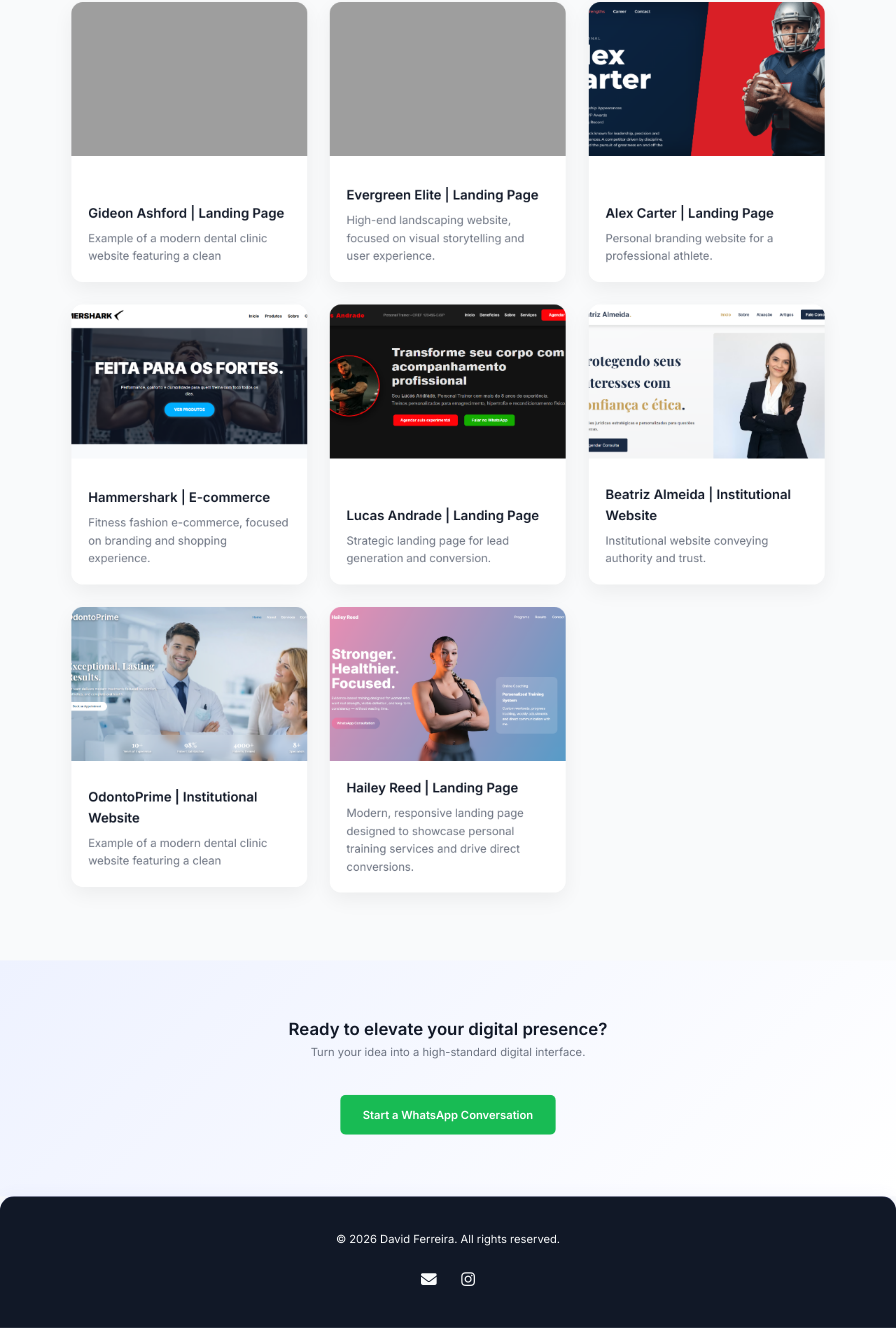
Repository: davidfsillva/portifolio
Page: index.html
An editor plug-in stored every save of this project. The page is shown before and after the next save, followed by the edit.
The browser window is 1280 px wide. The pictures show the part of the page from y = 1480 to 3400 px (the page is 3377 px tall before and 3411 px after), at 70% of full size.
Pictures or frames that could not be fetched are drawn as grey boxes.

Above is the page before, as saved 2026-02-18 21:21:16.
Console error: TypeError: Cannot read properties of null (reading 'addEventListener')

### index.html
<!DOCTYPE html>
<html lang="en">
<head>
    <meta charset="UTF-8">
    <meta name="viewport" content="width=device-width, initial-scale=1.0">

    <title>David Ferreira | Front-end Developer & Premium UI Designer</title>

    <!-- Primary SEO -->
    <meta name="description" content="David Ferreira is a front-end developer specialized in premium interfaces, high-conversion landing pages, and modern digital experiences.">
    <meta name="keywords" content="Front-end Developer, Web Designer, UI Designer, Landing Page, Web Development, Freelancer Brazil">
    <meta name="author" content="David Ferreira">
    <meta name="robots" content="index, follow">
    <link rel="canonical" href="https://davidfsillva.github.io/portifolio/">

    <!-- Open Graph (Facebook, LinkedIn) -->
    <meta property="og:title" content="David Ferreira | Premium Front-end Developer">
    <meta property="og:description" content="High-standard digital interfaces focused on performance and conversion.">
    <meta property="og:image" content="https://yourdomain.com/preview.jpg">
    <meta property="og:url" content="https://davidfsillva.github.io/portifolio/">
    <meta property="og:type" content="website">

    <!-- Twitter Card -->
    <meta name="twitter:card" content="summary_large_image">
    <meta name="twitter:title" content="David Ferreira | Web Developer">
    <meta name="twitter:description" content="Premium web development focused on performance and modern design.">
    <meta name="twitter:image" content="https://yourdomain.com/preview.jpg">

    <!-- Favicon -->
    <link rel="icon" href="img/icon.png" type="image/x-icon">

    <!-- Fonts -->
    <link href="https://fonts.googleapis.com/css2?family=Inter:wght@300;400;600&family=Plus+Jakarta+Sans:wght@700;800&display=swap" rel="stylesheet">

    <!-- Font Awesome -->
    <link rel="stylesheet" href="https://cdnjs.cloudflare.com/ajax/libs/font-awesome/6.5.0/css/all.min.css" integrity="sha512-..." crossorigin="anonymous" referrerpolicy="no-referrer" />

    <link rel="stylesheet" href="style.css">
</head>

<body>

    <!-- NAVBAR -->
    <nav class="navbar">
        <div class="logo"><a href="#">David | Web Developer<span>.</span></a></div>

        <ul class="nav-links">
            <li><a href="#about">About</a></li>
            <li><a href="#portfolio">Projects</a></li>
            <li><a href="#contact" class="btn-sm">Contact</a></li>
        </ul>
    </nav>

    <!-- HERO -->
    <section class="hero">
        <div class="hero-content">
            <h1>Creating high-level digital <span> with code experiences</span></h1>
            <p>Front-end developer specialized in high-standard interfaces and landing pages focused on results.</p>
            <div class="hero-btns">
                <a href="#portfolio" class="btn-primary">See Projects</a>
                <a href="#contact" class="btn-secondary">Let's Talk</a>
            </div>
        </div>
        <div class="hero-visual">
            <div class="hero-glow"></div>
        </div>
    </section>

    <!-- ABOUT -->
    <section id="about" class="section">
        <h2>About Me</h2>
        <p>I'm David Ferreira, a Front-end developer focused on creating modern, functional websites with premium interfaces. I work with HTML, CSS, JavaScript, and React, prioritizing performance, design, and user experience.</p>
        <p>My goal is to help businesses and professionals stand out digitally through websites that convey trust and deliver real results.</p>
    </section>

    <!-- PORTFOLIO -->
    <section id="portfolio" class="portfolio">
        <div class="section-header">
            <h2>Projects</h2>
            <p>A showcase of websites focused on performance and design.</p>
        </div>
        <div class="portfolio-grid">

                                    <!-- Project 8 -->
            <a href="https://davidfsillva.github.io/Gideon-Ashford/" target="_blank" class="project-link">
                <div class="project-card">
                    <div class="card-image">
                        <img src="img/Captura de tela 2026-02-18 211641.png" alt="Gideon Ashford">
                        <div class="card-overlay"><span>View Details</span></div>
                    </div>
                    <div class="card-info">
                        <h3>Gideon Ashford | Landing Page</h3>
                        <p>Example of a modern dental clinic website featuring a clean</p>
                    </div>
                </div>
            </a>

            <!-- Project 6 -->
            <a href="https://davidfsillva.github.io/Evergreen-Elite-Landscaping/" target="_blank" class="project-link">
                <div class="project-card">
                    <div class="card-image">
                        <img src="img/lndg.png" alt="Alex Carter Project">
                        <div class="card-overlay"><span>View Details</span></div>
                    </div>
                    <div class="card-info">
                        <h3>Evergreen Elite | Landing Page</h3>
                        <p>High-end landscaping website, focused on visual storytelling and user experience.</p>
                    </div>
                </div>
            </a>

            <!-- Project 1 -->
            <a href="https://davidfsillva.github.io/Alex-Carter/" target="_blank" class="project-link">
                <div class="project-card">
                    <div class="card-image">
                        <img src="img/alex.png" alt="Alex Carter Project">
                        <div class="card-overlay"><span>View Details</span></div>
                    </div>
                    <div class="card-info">
                        <h3>Alex Carter | Landing Page</h3>
                        <p>Personal branding website for a professional athlete.</p>
                    </div>
                </div>
            </a>

            <!-- Project 2 -->
            <a href="https://davidfsillva.github.io/e-hammershark/" target="_blank" class="project-link">
                <div class="project-card">
                    <div class="card-image">
                        <img src="img/ecomerce.png" alt="Hammershark Project">
                        <div class="card-overlay"><span>View Details</span></div>
                    </div>
                    <div class="card-info">
                        <h3>Hammershark | E-commerce</h3>
                        <p>Fitness fashion e-commerce, focused on branding and shopping experience.</p>
                    </div>
                </div>
            </a>

            <!-- Project 3 -->
            <a href="https://davidfsillva.github.io/landing-page/" target="_blank" class="project-link">
                <div class="project-card">
                    <div class="card-image">
                        <img src="img/landingpage.png" alt="Landing Page Project">
                        <div class="card-overlay"><span>View Details</span></div>
                    </div>
                    <div class="card-info">
                        <h3>Lucas Andrade | Landing Page</h3>
                        <p>Strategic landing page for lead generation and conversion.</p>
                    </div>
                </div>
            </a>

            <!-- Project 4 -->
            <a href="https://davidfsillva.github.io/beatriz-almeida-adv/" target="_blank" class="project-link">
                <div class="project-card">
                    <div class="card-image">
                        <img src="img/adv.png" alt="Beatriz Almeida Law Firm Project">
                        <div class="card-overlay"><span>View Details</span></div>
                    </div>
                    <div class="card-info">
                        <h3>Beatriz Almeida | Institutional Website</h3>
                        <p>Institutional website conveying authority and trust.</p>
                    </div>
                </div>
            </a>

                        <!-- Project 7 -->
            <a href="https://davidfsillva.github.io/OdontoPrime/" target="_blank" class="project-link">
                <div class="project-card">
                    <div class="card-image">
                        <img src="img/odonto.png" alt="Beatriz Almeida Law Firm Project">
                        <div class="card-overlay"><span>View Details</span></div>
                    </div>
                    <div class="card-info">
                        <h3>OdontoPrime | Institutional Website</h3>
                        <p>Example of a modern dental clinic website featuring a clean</p>
                    </div>
                </div>
            </a>

            <!-- Project 5 -->
            <a href="https://davidfsillva.github.io/Hailey-Reed-Coaching/" target="_blank" class="project-link">
                <div class="project-card">
                    <div class="card-image">
                        <img src="img/Hailey.png" alt="Beatriz Almeida Law Firm Project">
                        <div class="card-overlay"><span>View Details</span></div>
                    </div>
                    <div class="card-info">
                        <h3>Hailey Reed | Landing Page </h3>
                        <p>Modern, responsive landing page designed to showcase personal training services and drive direct conversions.</p>
                    </div>
                </div>
            </a>
        </div>
    </section>

    <!-- CTA / CONTACT -->
    <section id="contact" class="cta-section">
        <h2>Ready to elevate your digital presence?</h2>
        <p>Turn your idea into a high-standard digital interface.</p>
        <a href="https://wa.me/5511990242453" target="_blank" class="btn-whatsapp">Start a WhatsApp Conversation</a>
    </section>

    <!-- FOOTER -->
    <footer>
        <div class="footer-content">
            <p>&copy; 2026 David Ferreira. All rights reserved.</p>
            <div class="social-links">
                <a href="mailto:davidfsillva@icloud.com" target="_blank" rel="noopener noreferrer"><i class="fa-solid fa-envelope"></i></a>
                <a href="https://www.instagram.com/david_websites?igsh=MWdmZWJ3MW80N3JsNQ==" target="_blank" rel="noopener noreferrer"><i class="fa-brands fa-instagram"></i></a>
            </div>
        </div>
    </footer>

    <script src="scripts.js"></script>
</body>
</html>

### style.css
:root {
  --primary: #6366f1;
  --primary-light: #818cf8;
  --accent: #a855f7;
  --text-dark: #111827;
  --text-light: #6b7280;
  --bg-light: #f9fafb;
  --white: #ffffff;
  --transition: all 0.3s ease;
}

/* RESET */
* {
  margin: 0;
  padding: 0;
  box-sizing: border-box;
}

html {
  scroll-behavior: smooth;   /* já tinha */
  scroll-padding-top: 70px; /* ajuste esse valor para altura da navbar */
}


body {
  font-family: 'Inter', sans-serif;
  background: var(--bg-light);
  color: var(--text-dark);
  line-height: 1.6;
  animation: fadePage 0.8s ease-in-out;
}

@keyframes fadePage {
  from { opacity: 0; transform: translateY(10px); }
  to { opacity: 1; transform: translateY(0); }
}

/* NAVBAR */
.navbar {
  position: fixed;
  width: 100%;
  top: 0;
  padding: 1.5rem 8%;
  display: flex;
  justify-content: space-between;
  align-items: center;
  background: rgba(255,255,255,0.85);
  backdrop-filter: blur(12px);
  box-shadow: 0 4px 20px rgba(0,0,0,0.05);
  z-index: 1000;
  transition: var(--transition);
}

.logo {
  font-family: 'Plus Jakarta Sans', sans-serif;
  font-weight: 800;
  font-size: 1.4rem;
}

.logo a {
  text-decoration: none;   /* remove o sublinhado */
  color: var(--text-dark); /* cor principal da logo */
  font-weight: 800;
  font-size: 1.5rem;
}

.logo a span {
  color: var(--primary);   /* deixa apenas o ponto colorido */
}


.logo span {
  color: var(--primary);
}

.nav-links {
  display: flex;
  list-style: none;
  gap: 2rem;
}

.nav-links a {
  text-decoration: none;
  color: var(--text-light);
  font-weight: 500;
  transition: var(--transition);
}

.nav-links a:hover {
  color: var(--primary);
  transform: translateY(-2px);
}

/* HERO */
.hero {
  min-height: 100vh;
  padding: 120px 8% 80px; /* aumentei de 60px para 80px */
  display: flex;
  align-items: center;
  justify-content: space-between;
  background: linear-gradient(135deg, #eef2ff, #ffffff);
  flex-wrap: wrap;
}

.hero-content {
  max-width: 600px;
  animation: heroFade 1s ease 0.2s both;
}

@keyframes heroFade {
  from { opacity: 0; transform: translateY(40px); }
  to { opacity: 1; transform: translateY(0); }
}

.badge {
  display: inline-block;
  padding: 0.5rem 1rem;
  background: rgba(99,102,241,0.1);
  color: var(--primary);
  border-radius: 20px;
  font-size: 0.8rem;
  font-weight: 600;
  margin-bottom: 1.5rem;
}

.hero h1 {
  font-family: 'Plus Jakarta Sans', sans-serif;
  font-size: clamp(2rem, 5vw, 3.5rem);
  line-height: 1.2;
  margin-bottom: 1.5rem;
}

.hero h1 span {
  background: linear-gradient(90deg, var(--primary), var(--accent));
  -webkit-background-clip: text;
  -webkit-text-fill-color: transparent;
}

.hero p {
  font-size: 1.1rem;
  color: var(--text-light);
  margin-bottom: 2rem;
}

/* BUTTONS */
.btn-primary,
.btn-secondary,
.btn-whatsapp {
  display: inline-block;
  padding: 0.9rem 2rem;
  border-radius: 8px;
  text-decoration: none;
  font-weight: 600;
  transition: all 0.3s ease;
  position: relative;
  overflow: hidden;
}

.btn-primary {
  background: linear-gradient(90deg, var(--primary), var(--accent));
  color: white;
  box-shadow: 0 10px 25px rgba(99,102,241,0.3);
}

.btn-primary:hover {
  transform: translateY(-4px) scale(1.03);
}

.btn-primary:active {
  transform: scale(0.96);
}

.btn-primary::after {
  content: "";
  position: absolute;
  width: 200%;
  height: 200%;
  background: radial-gradient(circle, rgba(255,255,255,0.4), transparent 60%);
  top: -50%;
  left: -50%;
  opacity: 0;
  transition: opacity 0.4s ease;
}

.btn-primary:hover::after {
  opacity: 1;
}

.btn-secondary {
  border: 1px solid #e5e7eb;
  color: var(--text-dark);
  margin-left: 1rem;
  box-shadow: 0 5px 25px rgba(99,102,241,0.3);

}

.btn-secondary:hover {
  background: #f3f4f6;
  transform: translateY(-4px);
}

.btn-secondary:active {
  transform: scale(0.96);
}

.btn-whatsapp {
  background: linear-gradient(90deg, #25d366, #1ebe57);
  color: white;
  padding: 1rem 2rem;
  border-radius: 8px;
  font-weight: 600;
  transition: var(--transition);
}

.btn-whatsapp:hover {
  transform: translateY(-3px) scale(1.03);
  box-shadow: 0 8px 20px rgba(37,211,102,0.4);
}

.btn-whatsapp:active {
  transform: scale(0.96);
}

.hero-btns {
  display: flex;
  flex-wrap: wrap;
}

#about {
  text-align: center;
  max-width: 1200px;
  margin: 4rem auto 0; /* adiciona mais distância do Hero */
  padding: 6rem 8%;
  background: linear-gradient(135deg, #eef2ff 0%, #ffffff 100%);
  border-radius: 20px;
  box-shadow: 0 15px 40px rgba(99,102,241,0.15);
  position: relative;
  overflow: hidden;
}

#about::before {
  content: "";
  position: absolute;
  width: 200px;
  height: 200px;
  background: radial-gradient(circle, rgba(163,155,253,0.2), transparent 70%);
  top: -50px;
  right: -50px;
  border-radius: 50%;
  z-index: 0;
  animation: pulseGlow 6s infinite ease-in-out;
}

#about h2 {
  font-family: 'Plus Jakarta Sans', sans-serif;
  font-size: clamp(2rem, 4vw, 2.5rem);
  margin-bottom: 2rem;
  position: relative;
  z-index: 1;
  background: linear-gradient(90deg, var(--primary), var(--accent));
  -webkit-background-clip: text;
  -webkit-text-fill-color: transparent;
}

#about p {
  font-size: 1.05rem;
  line-height: 1.9;
  color: var(--text-dark);
  margin-bottom: 1.8rem;
  position: relative;
  z-index: 1;
  opacity: 0;
  transform: translateY(20px);
  animation: fadeUp 1s forwards;
  animation-delay: 0.3s;
}

/* Animação suave */
@keyframes fadeUp {
  to {
    opacity: 1;
    transform: translateY(0);
  }
}



/* HERO VISUAL */
.hero-visual {
  flex: 1;
  min-height: 400px;
  display: flex;
  justify-content: center;
  align-items: center;
}

.hero-glow {
  width: 380px;
  height: 380px;
  background: url('img/dashboard.png') no-repeat center center;
  background-size: contain;
  animation: float-rotate 8s ease-in-out infinite;
}

@keyframes float-rotate {
  0%   { transform: translateY(0px) rotate(0deg); }
  50%  { transform: translateY(-10px) rotate(3deg); }
  100% { transform: translateY(0px) rotate(0deg); }
}

/* PORTFOLIO */
.portfolio {
  padding: 6rem 8%;
}

.section-header {
  text-align: center;
  margin-bottom: 4rem;
}

.section-header h2 {
  font-family: 'Plus Jakarta Sans', sans-serif;
  font-size: 2.2rem;
  margin-bottom: 1rem;
  color: var(--primary)
}

.section-header p {
  color: var(--text-light);
}

.portfolio-grid {
  display: grid;
  grid-template-columns: repeat(auto-fit, minmax(280px, 1fr));
  gap: 2rem;
}

.project-card {
  display: flex;
  flex-direction: column;
  justify-content: space-between; /* força a separação entre imagem e texto */
  background: var(--white);
  border-radius: 16px;
  overflow: hidden;
  box-shadow: 0 10px 30px rgba(0,0,0,0.06);
  cursor: pointer;
  transition: transform 0.4s ease, box-shadow 0.4s ease;
  will-change: transform;

  min-height: 400px; /* define altura mínima igual para todos */
}


.project-card:hover {
  transform: translateY(-12px) scale(1.03);
  box-shadow: 0 25px 50px rgba(99,102,241,0.2);
}

.card-image {
  position: relative;
  overflow: hidden;
}

.card-image img {
  width: 100%;
  height: 220px;
  object-fit: cover;
  display: block;
  transition: transform 0.6s ease;
}

.project-card:hover .card-image img {
  transform: scale(1.08);
}

.card-overlay {
  position: absolute;
  inset: 0;
  background: rgba(99, 101, 241, 0.288);
  display: flex;
  justify-content: center;
  align-items: center;
  color: white;
  font-weight: 600;
  opacity: 0;
  transition: opacity 0.4s ease;
}

.project-card:hover .card-overlay {
  opacity: 1;
}

.card-info {
  padding: 1.5rem;
}

.card-info h3 {
  margin-bottom: 0.5rem;
}

.card-info p {
  color: var(--text-light);
}

.project-link {
  text-decoration: none;
  color: inherit;
  display: block;
}


/* CTA */
.cta-section {
  padding: 5rem 8%;
  text-align: center;
  background: linear-gradient(135deg, #eef2ff, #ffffff);
}

/* FOOTER */
footer {
  padding: 3rem 5%;
  background: #111827; /* leve gradiente */
  border-top: 1px solid rgba(99,102,241,0.2); /* linha discreta */
  text-align: center;
  border-radius: 20px 20px 0 0;
  box-shadow: 0 -4px 20px rgba(99,102,241,0.05);
}

.footer-content {
  display: flex;
  flex-direction: column;
  align-items: center;
  gap: 1.5rem; /* aumenta espaço entre elementos */
}

.footer-content p {
  color: var(--bg-light);
  font-weight: 450;
  font-size: 1rem;
}

.social-links {
  display: flex;
  gap: 1rem; /* distância entre ícones */
}

.social-links a {
  color: var(--bg-light);
  padding: 0.6rem;
  border-radius: 30%; /* círculo perfeito */
  font-size: 1.4rem;
  display: flex;
  justify-content: center;
  align-items: center;
  transition: all 0.3s ease;
  text-decoration: none;
}

.social-links a:hover {
  transform: translateY(-3px) scale(1.1);
  color: var(--bg-light);
}


.cta-section p {
  color: var(--text-light);
  margin-bottom: 2.5rem; /* aumenta espaço abaixo do texto */
}

.btn-whatsapp {
  display: inline-block;
  background: #18bb54;
  color: white;
  padding: 1rem 2rem;
  border-radius: 8px;
  text-decoration: none;
  font-weight: 600;
  transition: var(--transition);
  margin-top: 0.5rem; /* pequeno respiro extra */
}


/* MODAL */
.modal-overlay {
  position: fixed;
  inset: 0;
  background: rgba(0,0,0,0.6);
  display: none;
  justify-content: center;
  align-items: center;
  padding: 2rem;
  z-index: 2000;
}

.modal-content {
  background: white;
  width: 100%;
  max-width: 900px;
  border-radius: 20px;
  overflow: hidden;
  animation: modalZoom 0.4s cubic-bezier(.23,1,.32,1);
  position: relative;
}

@keyframes modalZoom {
  from { opacity: 0; transform: scale(0.85) translateY(20px); }
  to { opacity: 1; transform: scale(1) translateY(0); }
}

.modal-body {
  display: grid;
  grid-template-columns: 1fr 1fr;
}

.modal-img {
  min-height: 300px;
  background-size: cover !important;
}

.modal-text {
  padding: 2rem;
}

.close-modal {
  position: absolute;
  top: 20px;
  right: 25px;
  background: none;
  border: none;
  font-size: 2rem;
  cursor: pointer;
  transition: transform 0.3s ease;
}

.close-modal:hover {
  transform: rotate(90deg);
}

/* RESPONSIVO */
/* =====================
   RESPONSIVIDADE
===================== */

/* Para telas até 900px */
@media (max-width: 900px) {
  html, body {
    overflow-x: hidden; /* remove rolagem lateral */
  }

  .hero {
    flex-direction: column;
    text-align: center;
    padding: 100px 5% 60px; /* garante espaçamento interno */
    width: 100%; /* força largura total */
  }

  .hero-left,
  .hero-right,
  .hero-visual {
    width: 100%;
    max-width: 100%;
    margin: 0 auto; /* centraliza horizontalmente */
  }

  .hero-btns {
    display: flex;
    justify-content: center;
    align-items: center;
    gap: 1rem;
    flex-wrap: wrap;
    margin: 0 auto;
  }

  .hero-btns a {
    margin: 0; /* remove margens extras que possam deslocar os botões */
  }

  .portfolio,
  .cta-section {
    padding: 4rem 5%;
    width: 100%;
    max-width: 100%;
    margin: 0 auto;
  }
}

/* Para telas até 600px */
@media (max-width: 600px) {
  html, body {
    overflow-x: hidden; /* garante sem scroll lateral */
  }

  .navbar {
    padding: 1rem 5%;
    width: 100%;
    max-width: 100%;
    margin: 0 auto;
  }

  .nav-links {
    display: none;
  }

  .hero {
    padding: 80px 5% 40px;
    width: 100%;
  }

  .hero-btns {
    justify-content: center;
    gap: 1rem;
    flex-wrap: wrap;
  }

  .portfolio,
  .cta-section {
    padding: 3rem 5%;
  }

  footer {
    padding: 2rem 5%;
    width: 100%;
  }

  .footer-content {
    flex-direction: column;
    text-align: center;
    width: 100%;
  }

  .social-links a {
    margin: 0 0.5rem;
  }

  /* imagens e vídeos dentro do hero */
  .hero img,
  .hero video {
    max-width: 100%;
    height: auto;
    display: block;
    margin: 0 auto;
  }
}

Loaded but not shown: scripts.js (103 lines, source omitted)

After the next save:
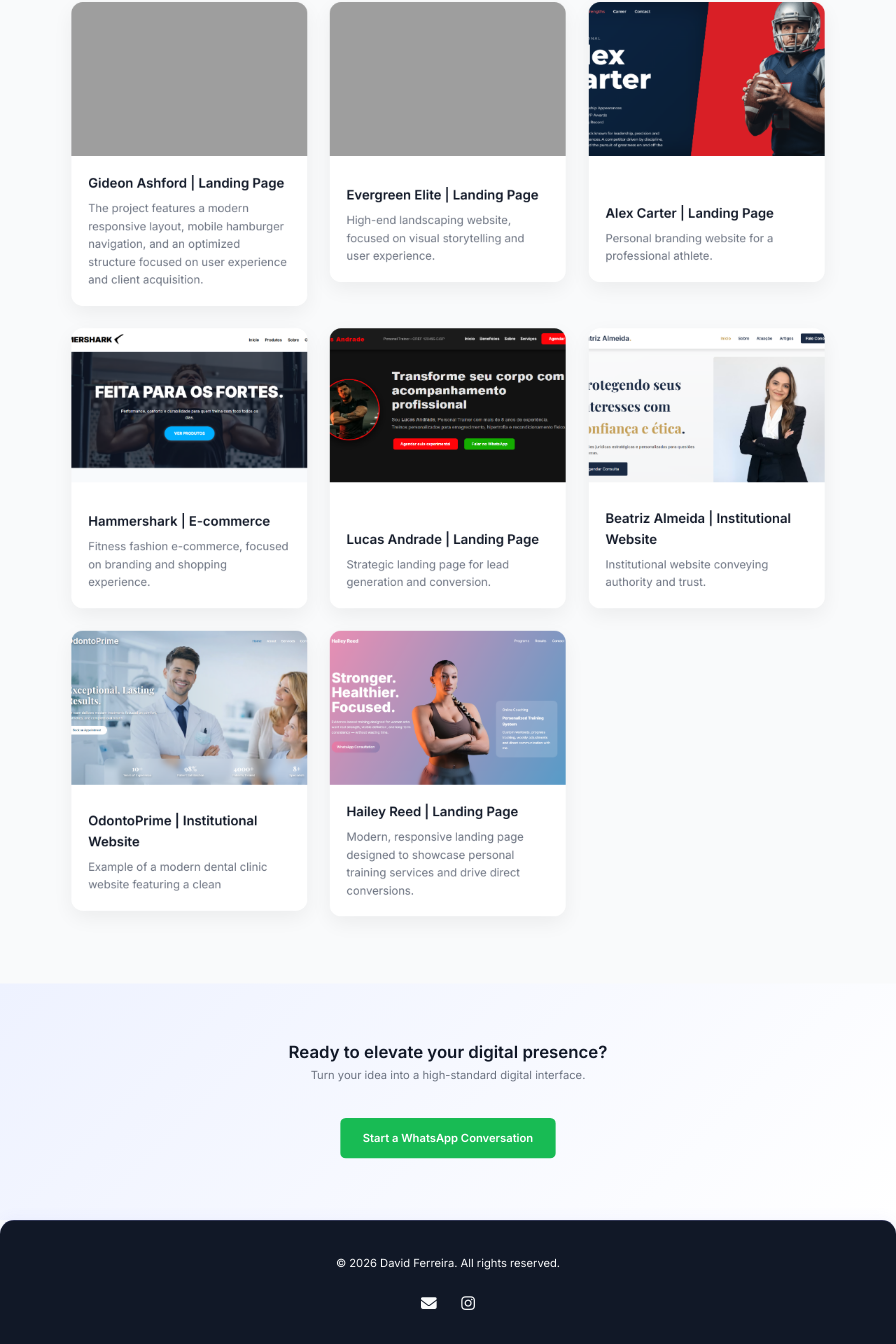
Saved 51 s later.
--- a/index.html
+++ b/index.html
@@ -90,7 +90,7 @@
                     </div>
                     <div class="card-info">
                         <h3>Gideon Ashford | Landing Page</h3>
-                        <p>Example of a modern dental clinic website featuring a clean</p>
+                        <p>The project features a modern responsive layout, mobile hamburger navigation, and an optimized structure focused on user experience and client acquisition.</p>
                     </div>
                 </div>
             </a>
